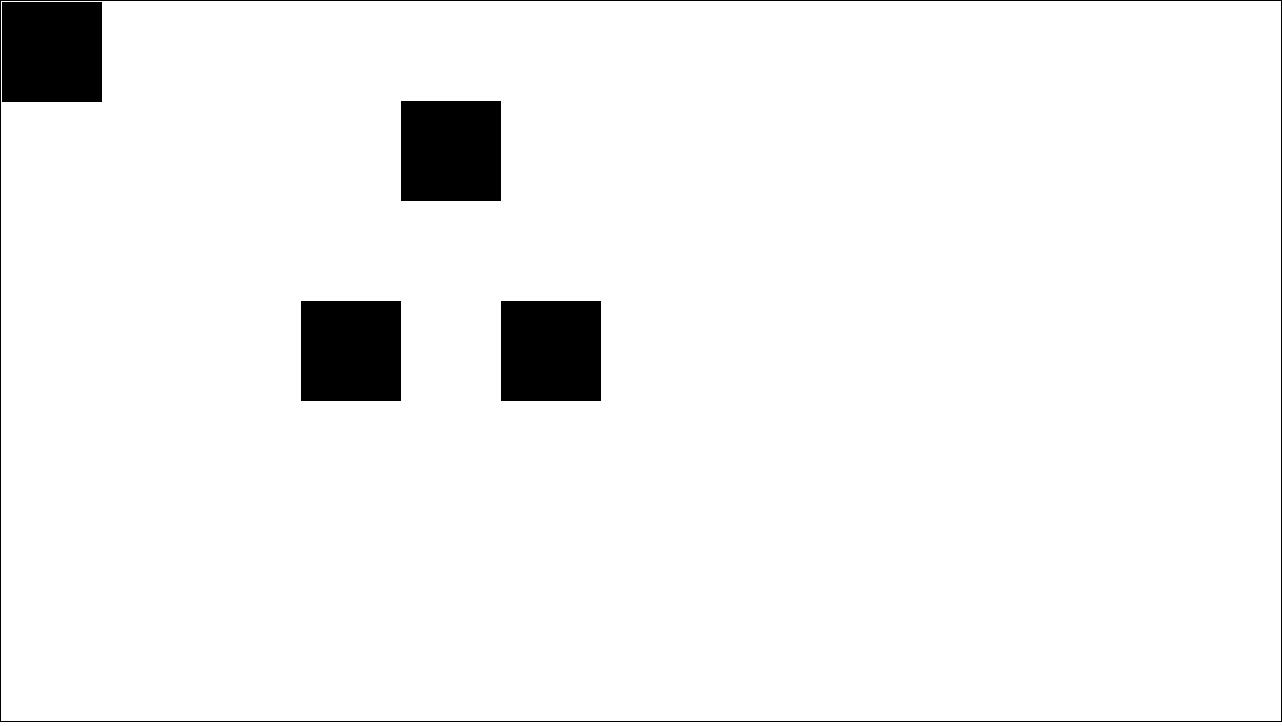
Repository: badhon252/Javascript-practice
Page: 1projects/JavaScript30/08 - Fun with HTML5 Canvas/index-START.html
These files come from the project's save history. The page is drawn as it stood at one moment and after the next save; the edit follows.
The browser window is 1280 px wide. The page is 1282 px wide, so the pictures cover 1282 px, including what lies to the right of the window. The pictures show the whole page.

Above is the page before, as saved 2022-12-02 23:35:20.

After the next save:
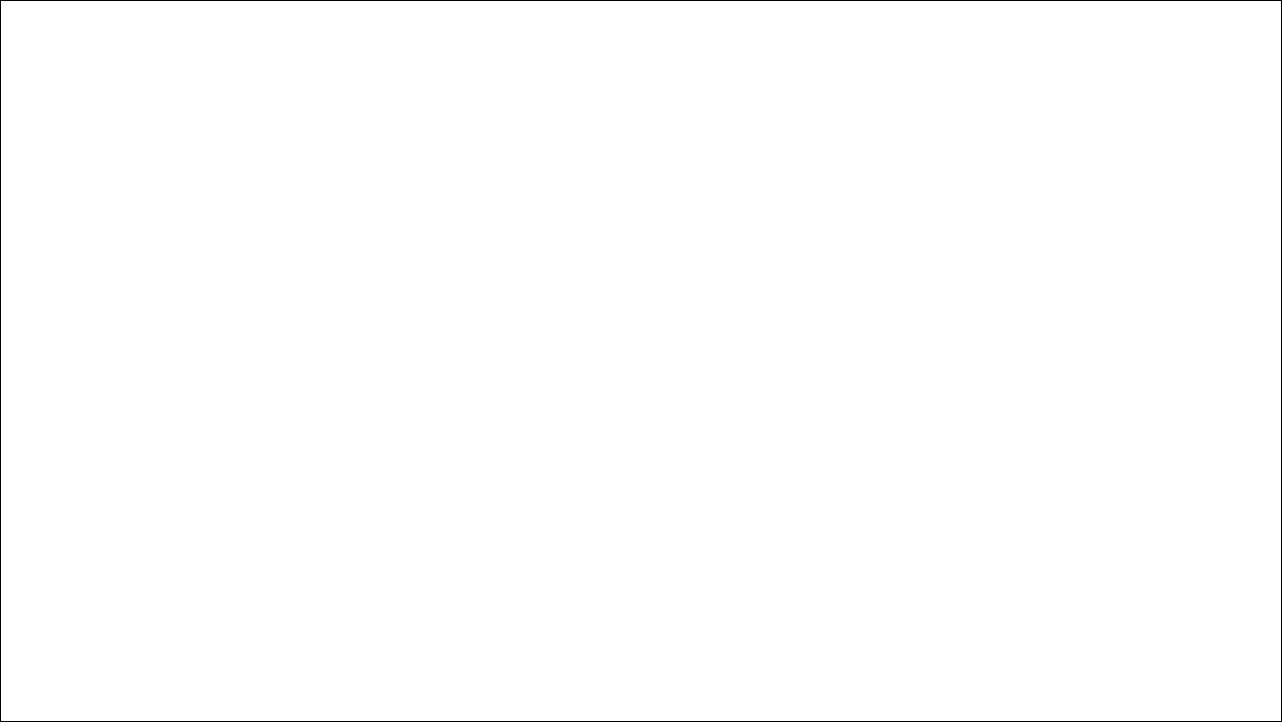
Saved 117 s later.
--- a/1projects/JavaScript30/08 - Fun with HTML5 Canvas/index-START.html
+++ b/1projects/JavaScript30/08 - Fun with HTML5 Canvas/index-START.html
@@ -32,10 +32,10 @@
         canvas.height = window.innerHeight;
 
         // ctx.fillRect(x, y, width, height)
-        ctx.fillRect(400, 100, 100, 100);
-        ctx.fillRect(300, 300, 100, 100);
-        ctx.fillRect(500, 300, 100, 100);
-        ctx.fillRect(1, 1, 100, 100);
+        // ctx.fillRect(400, 100, 100, 100);
+        // ctx.fillRect(300, 300, 100, 100);
+        // ctx.fillRect(500, 300, 100, 100);
+        // ctx.fillRect(1, 1, 100, 100);
     </script>
 </body>
 
